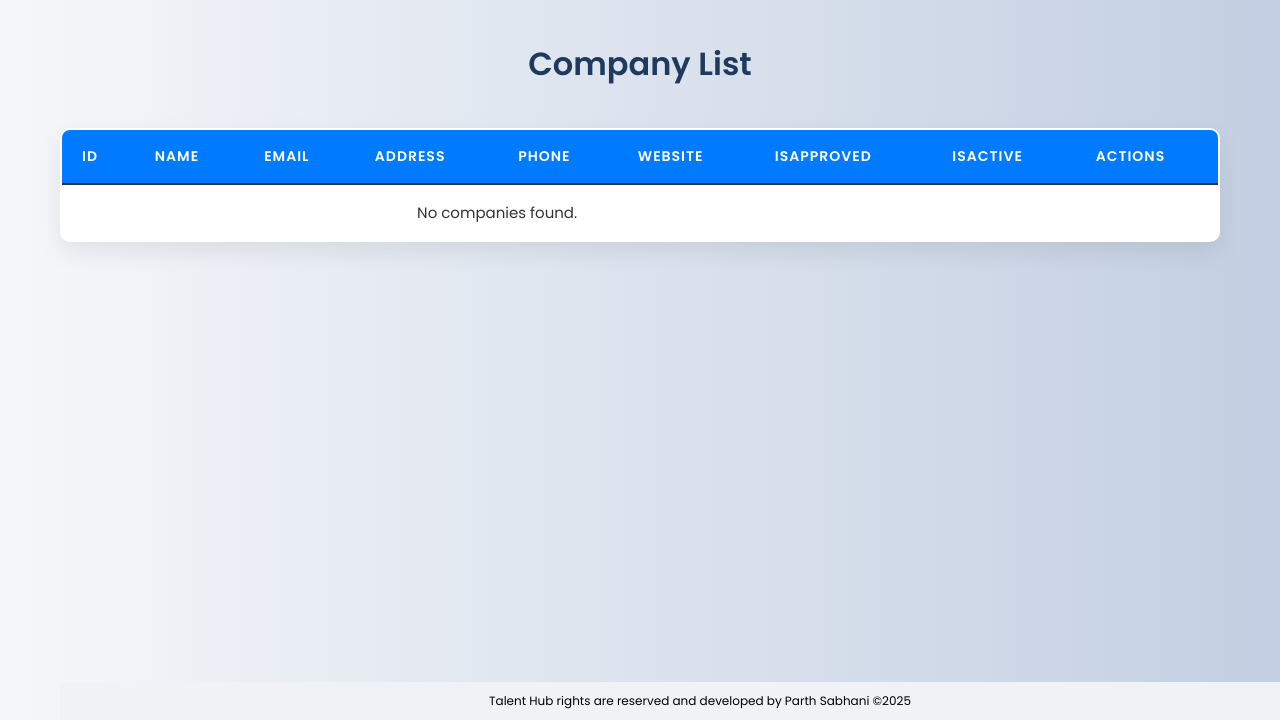
Repository: parthsabhani/Job_Portal_JSP_Servlet
Page: http://localhost/Job_Portal/adminDashboard.jsp
An editor plug-in stored every save of this project. The page is shown before and after the next save, followed by the edit.
The browser window is 1280 px wide. The pictures show the whole page.
The page is served by Tomcat 10. The session is filled in as if someone had signed in: {"model": 1, "emodel": 1, "userProjects": "testuser", "role": "user"}. The template is opened directly, without the code that normally fills it, so the values that code supplies are empty.

Above is the page before, as saved 2025-04-24 12:44:30.

After the next save:
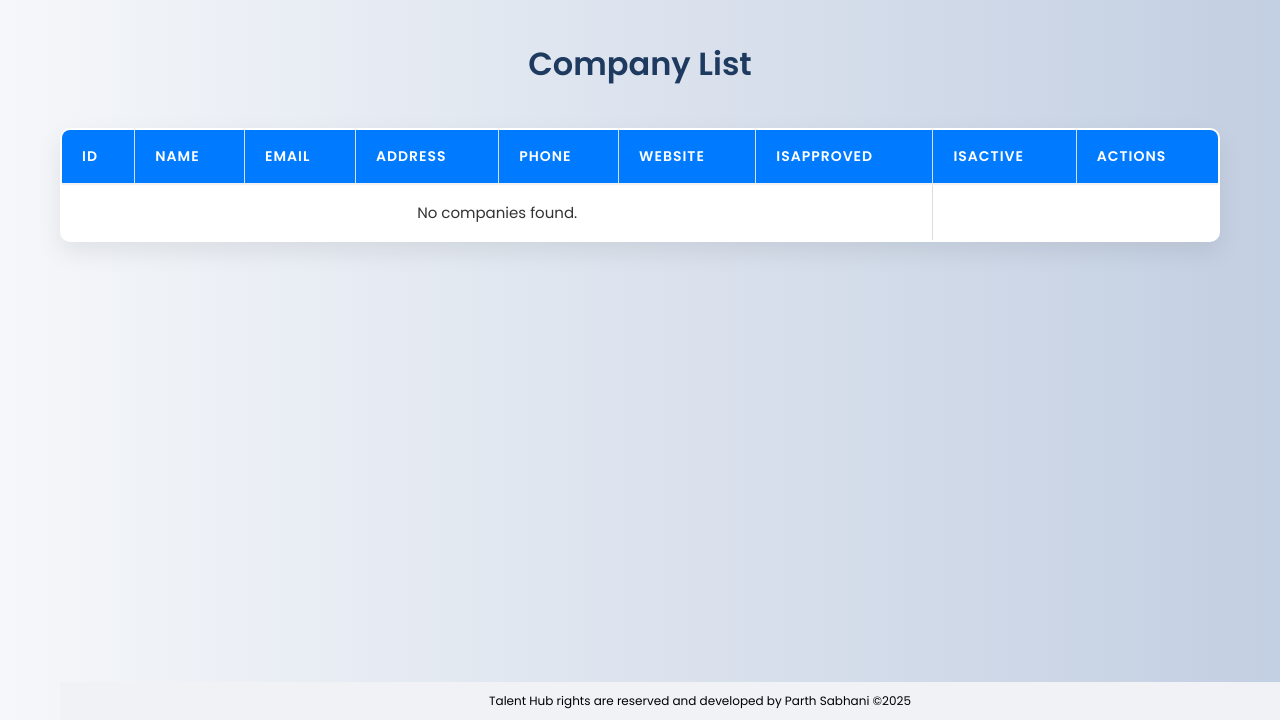
Saved 46 s later.
--- a/Job_Portal/src/main/webapp/adminDashboard.jsp
+++ b/Job_Portal/src/main/webapp/adminDashboard.jsp
@@ -19,6 +19,7 @@
 <head>
 <meta charset="UTF-8">
 <title>Admin Dashboard</title>
+
 <style>
 @import url('https://fonts.googleapis.com/css2?family=Poppins:wght@400;600&display=swap');
 
@@ -49,13 +50,12 @@ table {
 	box-shadow: 0 10px 25px rgba(0, 0, 0, 0.08);
 	border-radius: 10px;
 	overflow: hidden;
-	border: 2px solid #ddd; /* Added border around the entire table */
+	border: 2px solid #ddd; /* Border around the entire table */
 }
 
 th, td {
 	padding: 16px 20px;
 	text-align: left;
-	border-bottom: 1px solid #eee;
 	font-size: 15px;
 }
 
@@ -65,6 +65,15 @@ th {
 	text-transform: uppercase;
 	font-size: 14px;
 	letter-spacing: 1px;
+	border-right: 1px solid #ddd; /* Border to separate columns */
+}
+
+td {
+	border-right: 1px solid #ddd; /* Border to separate columns */
+}
+
+tr:last-child td {
+	border-bottom: none; /* Remove bottom border for the last row */
 }
 
 tr:hover {
@@ -118,12 +127,12 @@ tfoot td {
 	font-style: italic;
 }
 
-/* Adding border around each row for clear separation */
+/* Adding a strong bottom border for rows */
 tr {
 	border-bottom: 2px solid #f1f1f1;
 }
 
-/* Adding border around buttons */
+/* Adding a border for buttons */
 .btn {
 	border: 1px solid #ddd;
 }
@@ -132,9 +141,9 @@ tr {
 	border: 1px solid #ccc;
 }
 
-/* Adding a border for better separation in the header */
-th {
-	border-bottom: 2px solid #333;
+/* Removing bottom border from last row */
+tr:last-child td {
+	border-bottom: none;
 }
 
 </style>
